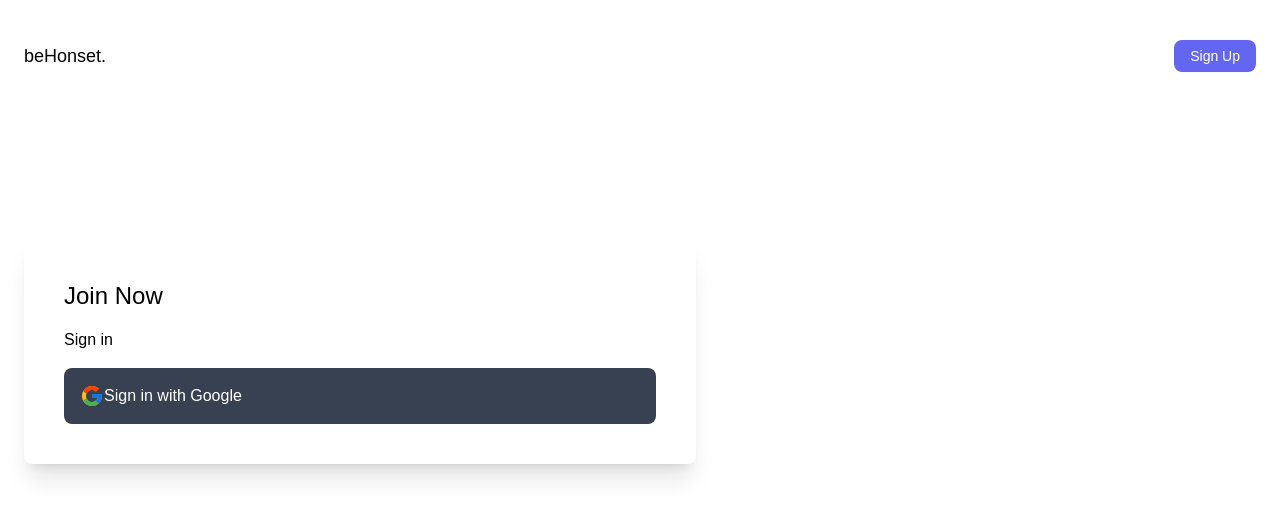
Repository: aidenfine/be-honset
Page: /login
The author's editor kept a copy of each file at every save. The page is drawn from the files as they stood at one save, then again after the next save.
The browser window is 1280 px wide. The pictures show the whole page.
The page's requests for data from a server got no answer. The project was rebuilt for these pictures with package versions that can differ from the ones it lists, and the page was loaded fresh each time. The framework's server and built-in components were replaced by stand-ins that run in the browser. No one was signed in, and anything a server would have sent is missing. Also part of the build but not shown: next.config.js.

Above is the page before, as saved 2022-10-26 19:53:05.

### pages/_app.js
import '../styles/globals.css'
import Layout from '../components/layout'

function MyApp({ Component, pageProps }) {
  return(
    <Layout>
      <Component {...pageProps} />
    </Layout>

  )
}

export default MyApp

### pages/login.js
import { FcGoogle } from "react-icons/fc"
import { signInWithPopup, GoogleAuthProvider} from "firebase/auth"
import { auth } from "../utils/firebase";
import {useRouter} from "next/router"
import { useAuthState } from 'react-firebase-hooks/auth'
import { useEffect } from "react";






export default function Login(){
    const route = useRouter();
    const [user, loading] = useAuthState(auth);

    // Google Sign in

    const googleProvider = new GoogleAuthProvider();
    const GoogleLogin = async () => {
        try {
            const result = await signInWithPopup(auth, googleProvider)
            route.push("/")
            console.log("logged in")
        } catch (error) {
            console.log(error)

        }
    }

    useEffect(()=>{
        if(user){
            route.push('/');
        }else{
            console.log("login")
        }

    }, [user]);
    return(
        <div className="justify-center items-center shadow-xl sm:max-w-2xl mt-32 p-10 text-black rounded-lg bg-white">
            <h2 className="text-2xl font-medium">Join Now</h2>
            <div>
                <h3 className="py-4">Sign in</h3>
                <button onClick={GoogleLogin} className="text-white bg-gray-700 w-full font font-medium rounded-lg flex align-middle p-4">
                    <FcGoogle className="text-2xl"/>
                    Sign in with Google
                </button>
            </div>
        </div>

    )
}

### styles/globals.css
@tailwind base;
@tailwind components;
@tailwind utilities;


* {
  font-family: 'Montserrat', sans-serif;

}

### components/layout.js
import Nav from "./Nav";

export default function Layout({ children }){
    return(
        <div className="mx-6 md:max-w-10xl md-mx-auto font-montserrat">
            <Nav />
            <main>{children}</main>
        </div>
    )
}

### utils/firebase.js
// Import the functions you need from the SDKs you need
import { initializeApp } from "firebase/app";
import {getAuth} from 'firebase/auth';
import {getFirestore} from 'firebase/firestore'
// TODO: Add SDKs for Firebase products that you want to use
// https://firebase.google.com/docs/web/setup#available-libraries

// Your web app's Firebase configuration
// For Firebase JS SDK v7.20.0 and later, measurementId is optional
const firebaseConfig = {
  apiKey: process.env.NEXT_PUBLIC_API_KEY,
  authDomain: process.env.NEXT_PUBLIC_AUTH_DOMAIN,
  projectId: process.env.NEXT_PUBLIC_PROJECT_ID,
  storageBucket: process.env.NEXT_PUBLIC_STORAGE_BUCKET,
  messagingSenderId: process.env.NEXT_PUBLIC_MESSAGING_SENDER_ID,
  appId: process.env.NEXT_PUBLIC_APP_ID,
  measurementId: process.env.NEXT_PUBLIC_MEASUREMENT_ID
};

// Initialize Firebase
const app = initializeApp(firebaseConfig);
export const auth = getAuth();
export const db = getFirestore(app);

### components/Nav.js
import Link from "next/link"
import { auth } from "../utils/firebase"
import { useAuthState } from "react-firebase-hooks/auth"

export default function Nav(){
    const [user, loading] = useAuthState(auth);

    return(
        <nav className="flex justify-between items-center py-10">
            <Link href="/">
            <button className="text-lg font-medium text-black opacity-87" >beHonset.</button>
            </Link>
            <ul className="flex items-center gap-10">
                {!user && (
                <Link href={"/login"} className="py-1.5 px-4 text-sm bg-indigo-500 text-white opacity-87 rounded-lg font-medium ml-8">Sign Up</Link>
            )}
            {user && (
                <div className="flex items-center gap-6">
                    <Link href="/new-post">
                    <button className="font-medium bg-indigo-500 text-white py-2 px-4 rounded-lg text-sm">Create Post</button>
                    </Link>
                    <Link href="/dashboard">
                        <img className="w-10 rounded-full cursor-pointer" referrerpolicy="no-referrer" src={user.photoURL} />

                    </Link>
                </div>
            )}
            </ul>



        </nav>
    )
}

### tailwind.config.js
/** @type {import('tailwindcss').Config} */
module.exports = {
  content: [
    "./pages/**/*.{js,ts,jsx,tsx}",
    "./components/**/*.{js,ts,jsx,tsx}",
  ],
  darkMode: 'class',
  theme: {
    extend: {
      fontFamily: {
        montserrat: 'Montserrat',
      }
    },
  },
  plugins: [],
}

After the next save:
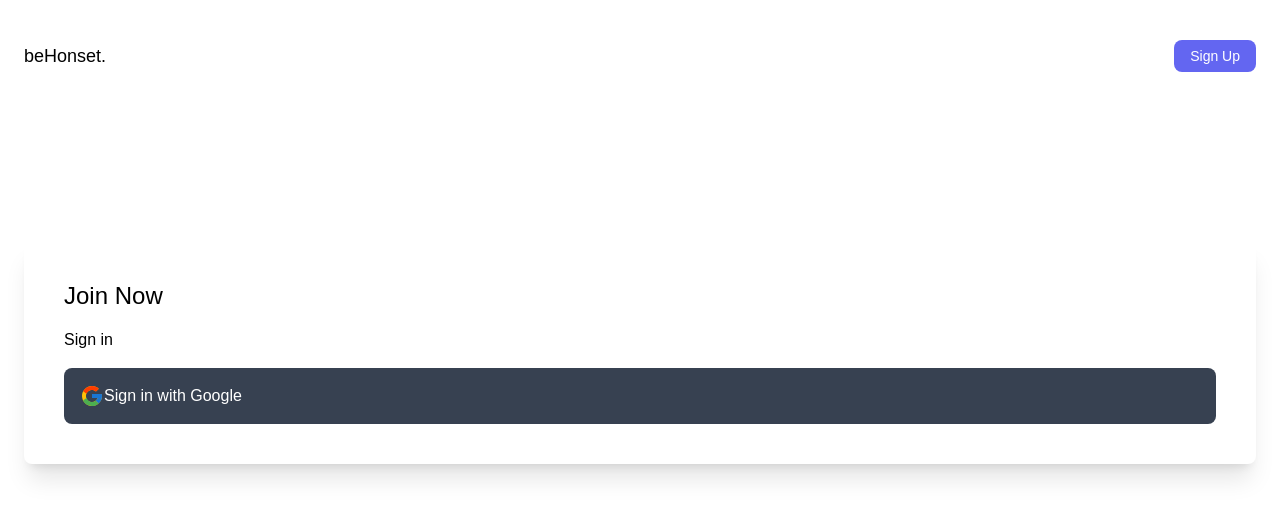
Saved 16 s later.
--- a/pages/login.js
+++ b/pages/login.js
@@ -37,7 +37,7 @@
 
     }, [user]);
     return(
-        <div className="justify-center items-center shadow-xl sm:max-w-2xl mt-32 p-10 text-black rounded-lg bg-white">
+        <div className="justify-center items-center shadow-xl sm:max-w-15rem mt-32 p-10 text-black rounded-lg bg-white">
             <h2 className="text-2xl font-medium">Join Now</h2>
             <div>
                 <h3 className="py-4">Sign in</h3>

After the save that followed:
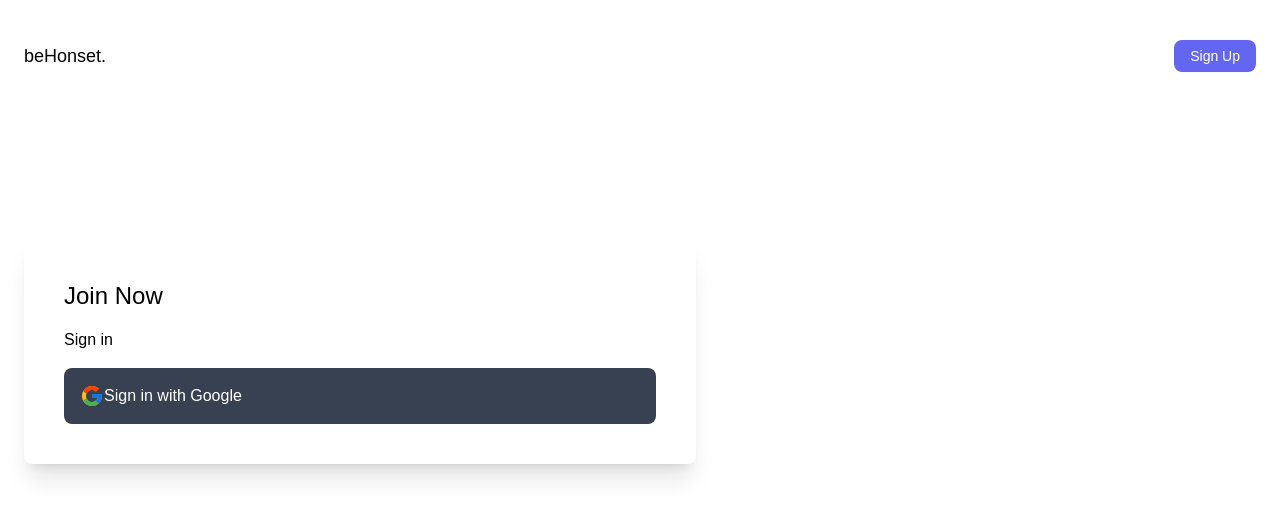
Saved 6 s later.
--- a/pages/login.js
+++ b/pages/login.js
@@ -37,7 +37,7 @@
 
     }, [user]);
     return(
-        <div className="justify-center items-center shadow-xl sm:max-w-15rem mt-32 p-10 text-black rounded-lg bg-white">
+        <div className="justify-center items-center shadow-xl sm:max-w-2xl mt-32 p-10 text-black rounded-lg bg-white">
             <h2 className="text-2xl font-medium">Join Now</h2>
             <div>
                 <h3 className="py-4">Sign in</h3>
